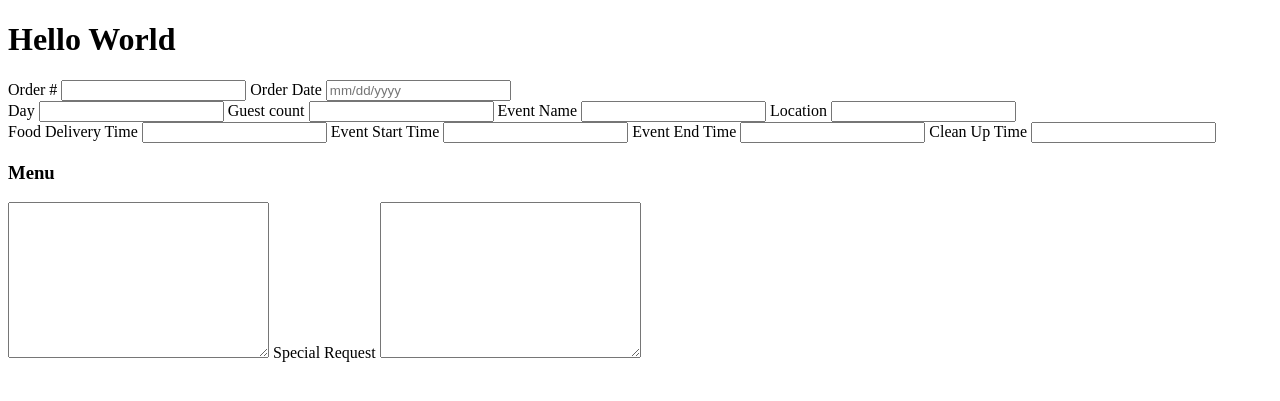
Repository: pmbyrd/rgp-catering
Page: index.html
The author's editor kept a copy of each file at every save. The page is drawn from the files as they stood at one save, then again after a run of saves.
The browser window is 1280 px wide. The pictures show the whole page.

Above is the page before, as saved 2023-12-04 17:42:03.

### index.html
<!DOCTYPE html>
<html lang="en">

<head>
    <meta charset="UTF-8">
    <meta name="viewport" content="width=device-width, initial-scale=1.0">
    <title>Document</title>
</head>

<body>
    <h1>Hello World</h1>
    <form action="">
        <div class="details">
            <div class="order-details">
                <label for="order-id">Order #</label>
                <input type="text" id="order-id">
                <label for="order-date">Order Date</label>
                <input type="text" id="order-date" placeholder="mm/dd/yyyy">
            </div>
            <div class="details-info">
                <label for="order-day">Day</label>
                <input type="text" id="order-day">
                <label for="count">Guest count</label>
                <input type="text" id="count">
                <label for="event-name">Event Name</label>
                <input type="text" id="event-name">
                <label for="location">Location</label>
                <input type="text" id="location">
            </div>
            <div class="details-times">
                <label for="delivery-time">Food Delivery Time</label>
                <input type="text" id="delivery-time">
                <label for="start-time">Event Start Time</label>
                <input type="text" id="start-time">
                <label for="end-time">Event End Time</label>
                <input type="text" id="end-time">
                <label for="clean-up-time">Clean Up Time</label>
                <input type="text" id="clean-up-time">
            </div>
        </div>
        <div class="food-order">
            <label for="menu">
                <h3>Menu</h3>
                <textarea name="" id="" cols="30" rows="10"></textarea>
            </label>
            <label for="menu-request">Special Request</label>
            <textarea name="" id="" cols="30" rows="10"></textarea>
        </div>
    </form>
    <script src="index.js"></script>
</body>

</html>

Loaded but not shown: index.js (no stored copy; drawn as an empty file)

After the next 2 saves:
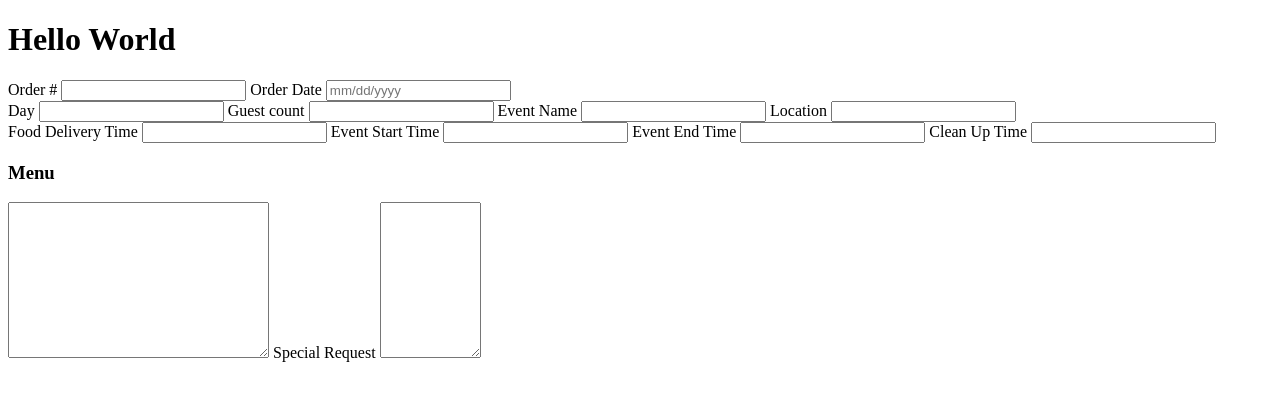
The 2 saves are shown as one change because they came seconds apart.
The last was saved 9 s later.
--- a/index.html
+++ b/index.html
@@ -44,7 +44,7 @@
                 <textarea name="" id="" cols="30" rows="10"></textarea>
             </label>
             <label for="menu-request">Special Request</label>
-            <textarea name="" id="" cols="30" rows="10"></textarea>
+            <textarea name="" id="" cols="10" rows="10"></textarea>
         </div>
     </form>
     <script src="index.js"></script>
